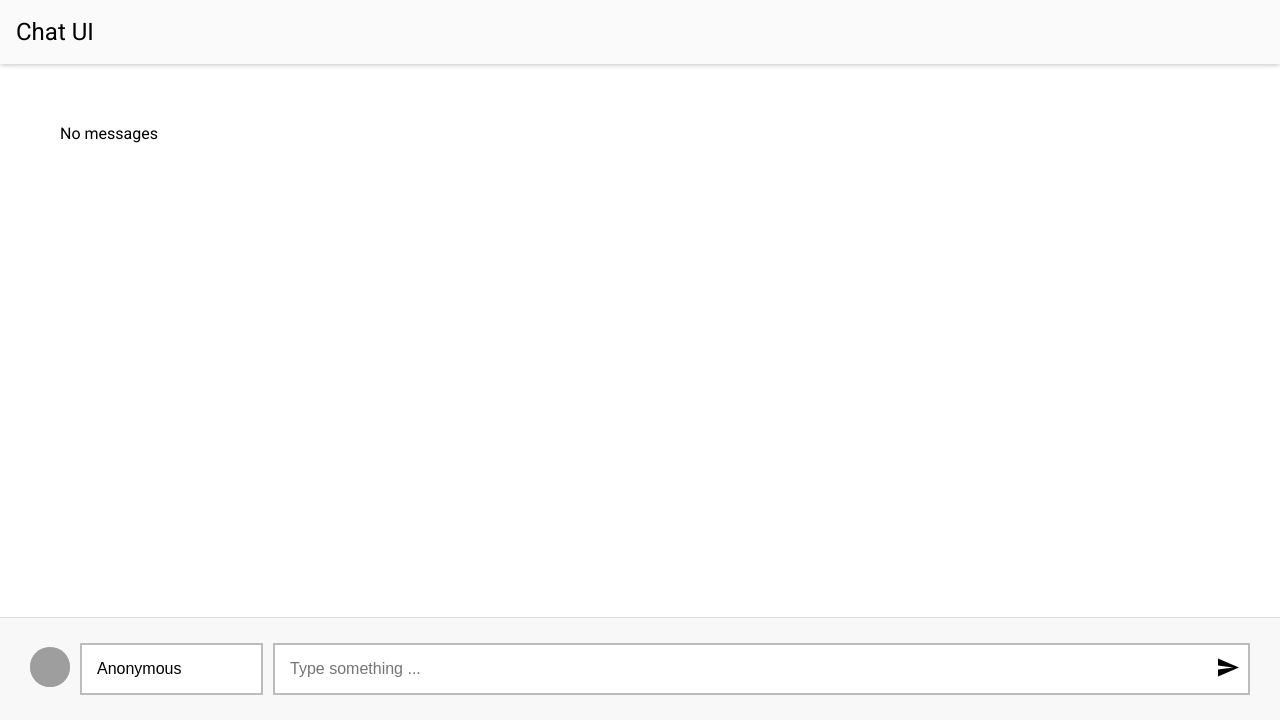
Repository: Faradey27/chat-ui
Page: /
These files come from the project's save history. The page is drawn as it stood at one moment and after the next save; the edit follows.
The browser window is 1280 px wide. The pictures show the whole page.
Pictures or frames that could not be fetched are drawn as grey boxes. The page's requests for data from a server got no answer. The project was rebuilt for these pictures with package versions that can differ from the ones it lists, and the page was loaded fresh each time. No one was signed in, and anything a server would have sent is missing. Also part of the build but not shown: src/components/MessageUsername/MessageUsername.js, src/components/MessageUsername/index.js, src/components/MessageText/MessageText.js, src/components/MessageText/index.js, src/components/MessageDate/MessageDate.js, src/components/MessageDate/index.js, src/components/Message/Message.js.

Above is the page before, as saved 2018-03-03 23:38:19.

After the next save:
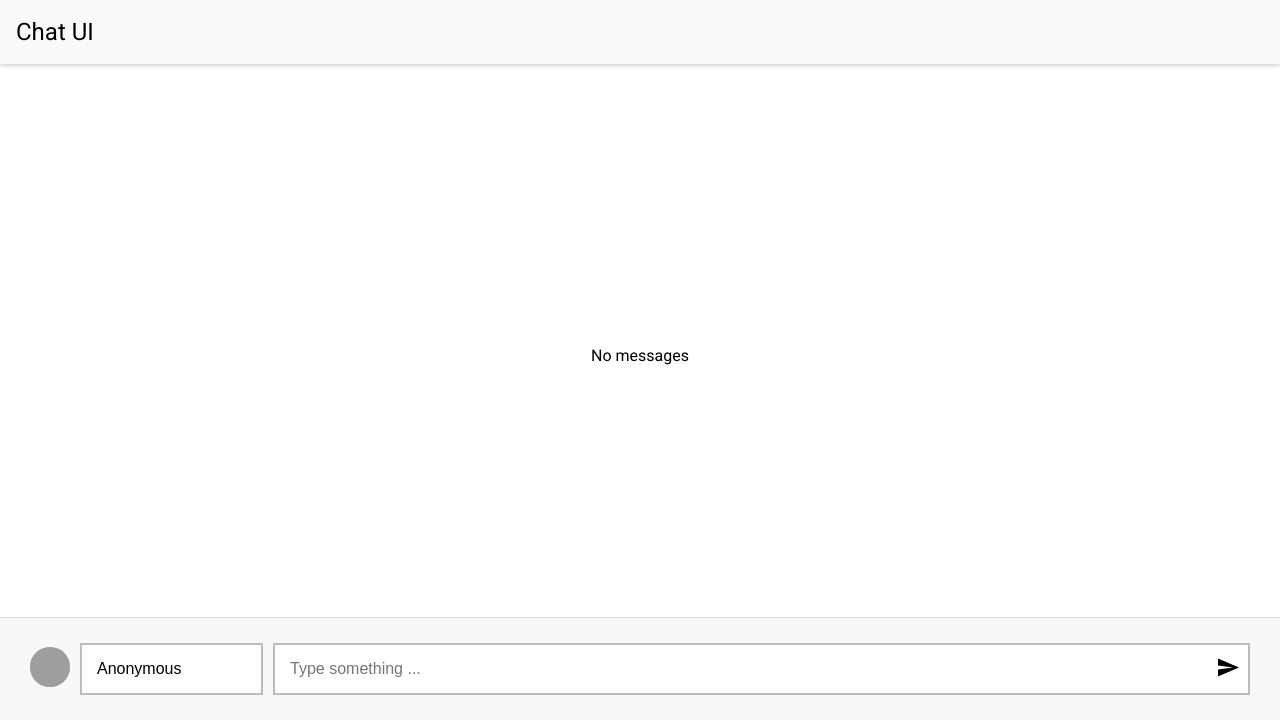
Saved 20 s later.
--- a/src/containers/MessageListArea/MessageListAreaView.js
+++ b/src/containers/MessageListArea/MessageListAreaView.js
@@ -16,12 +16,10 @@ const messageListStyles = css`
 
 const emptyStyle = css`
   display: flex;
-  flex-direction: column;
   height: 100%;
-  overflow-y: auto;
-  margin-top: 30px;
-  margin-left: 30px;
-  margin-right: 30px;
+  width: 100%;
+  justify-content: center;
+  align-items: center;
 `;
 
 class MessageListAreaView extends React.Component {
